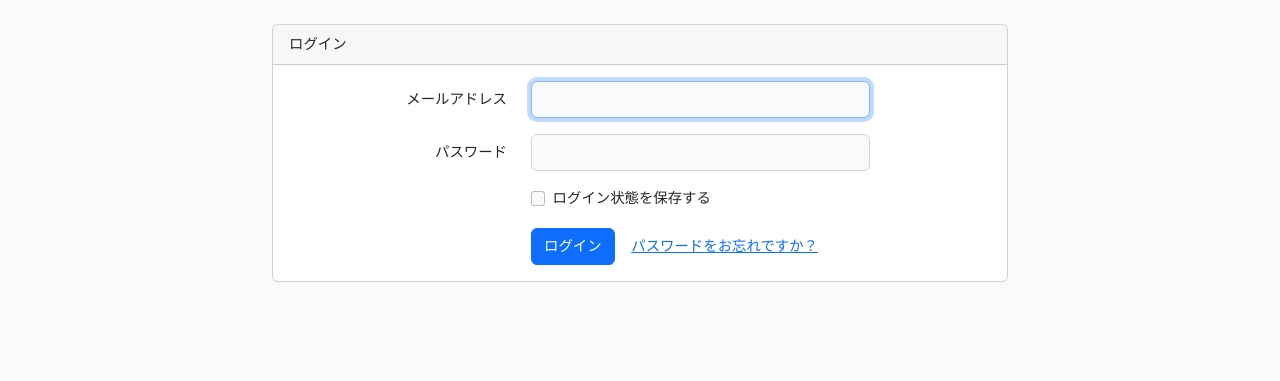
Repository: takaran/laravel-todo-kadai
Page: http://localhost/login
An editor plug-in stored every save of this project. The page is shown before and after the next save, followed by the edit.
The browser window is 1280 px wide. The pictures show the whole page.
The page is served by the project's Laravel application, run on PHP 8.4 with Laravel 9. Style sheets and scripts are compiled from the project's sources, by tool versions that may differ from the author's.

Above is the page before, as saved 2024-06-02 15:13:41.

After the next save:
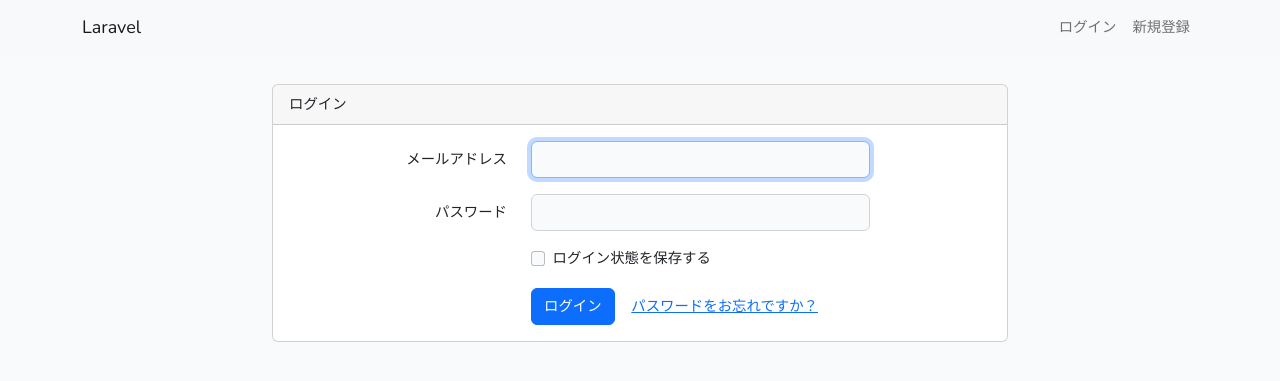
Saved 40 s later.
--- a/resources/views/layouts/app.blade.php
+++ b/resources/views/layouts/app.blade.php
@@ -18,8 +18,10 @@
     @vite(['resources/sass/app.scss', 'resources/js/app.js'])
 </head>
 
-<body>
+<body style="padding: 60px 0;">
     <div id="app">
+        @include('layouts.header')
+
 
 
         <main class="py-4">
